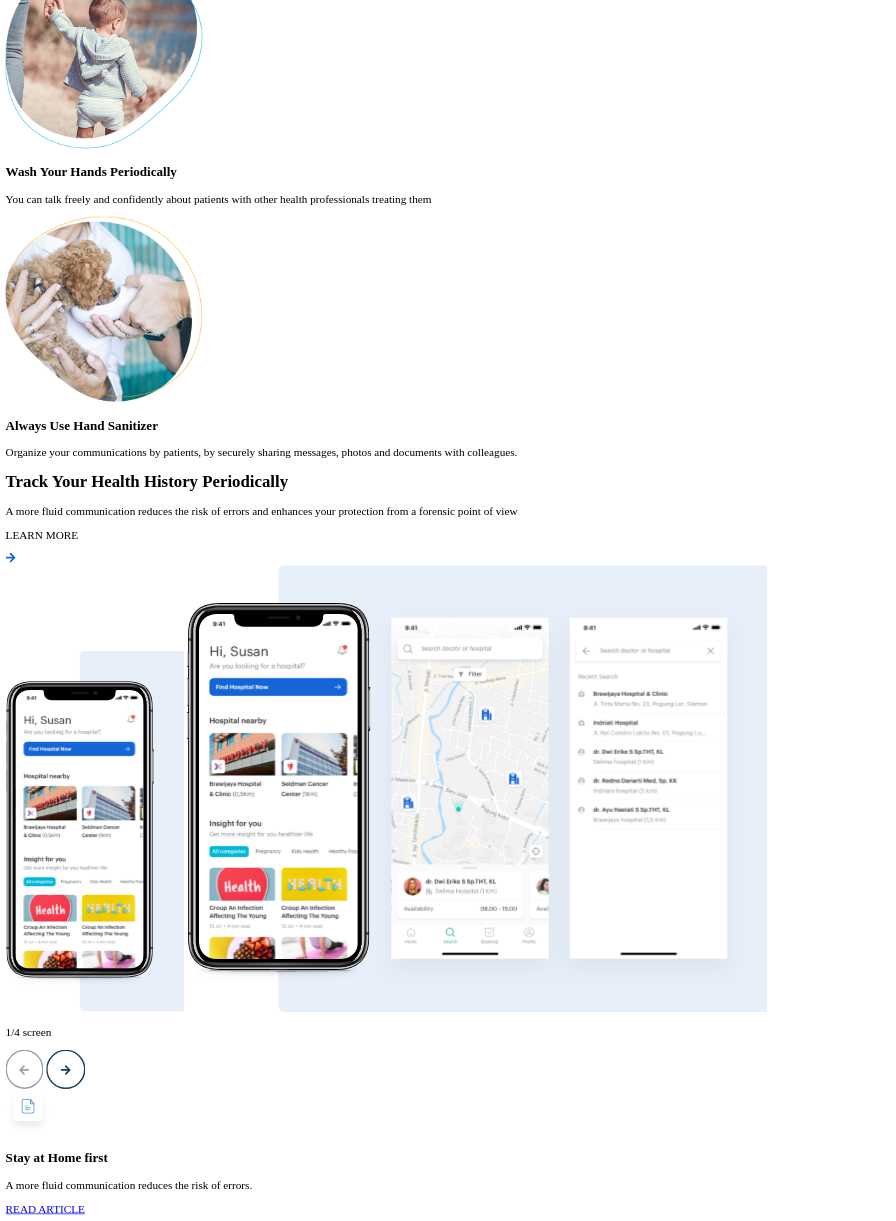
Repository: Esttevo/prova-html-css
Page: index.html
An editor plug-in stored every save of this project. The page is shown before and after the next save, followed by the edit.
The browser window is 1280 px wide. The pictures show the part of the page from y = 3012 to 4932 px (the page is 4756 px tall before and 4932 px after), at 70% of full size.
A picture or video elsewhere on the page could not be fetched, so the positions and the page height are approximate.

Above is the page before, as saved 2026-08-31 18:07:59.

### index.html
<!DOCTYPE html>
<html lang="en">
<head>
    <meta charset="UTF-8">
    <meta name="viewport" content="width=device-width, initial-scale=1.0">
    <title>Document</title>
</head>
<body>
    <header>
        <img id="header-logo" src="img/icons/Logo.svg" alt="Logo escrita EHYA">

        <nav id="header-nav">
            <a class="no-chevron" href="#">Home</a>
            <a class="with-chevron" href="#">
                Landings
                <img src="img/icons/icon-chevron-down.svg" alt="indica que possui uma lista ao clicar">
            </a>
            <a class="with-chevron" href="#">
                Pages
                <img src="img/icons/icon-chevron-down.svg" alt="indica que possui uma lista ao clicar">
            </a>
            <a href="#">Docs</a>
            <a href="#">Help</a>
            <button>Get it now</button>
        </nav>

        <img src="img/icons/icon-menu-hamburger.svg" alt="Menu hamburger">
    </header>

    <main>
        <section id="section-hero">
            <div id="hero-text">
                <div class="estilization-bar"></div>

                <h4>
                    Changing the way you
                    go to healthcare
                </h4>

                <h1>
                    Primary Care
                    Designed for
                    Real Life
                </h1>

                <p>
                 Discuss patients,
                 share notes and documents
                 in a secure manner and be part
                 of a network of health professionals ready to
                 collaborate better.
                </p>

                <div id="subscribe">
                    <p id="email">
                        name@youremail.com
                    </p>

                    <button>
                        Subscribe
                    </button>
                </div>
            </div>
            <img src="img/image-hero.png" alt="4 medicos sorrindo e uma medica sobrepondo os 4">
        </section>

        <section id="section-connect">
            <div id="connect-tittle-subtittle">
                <h2>
                    Connect easily. Collaborate efficiently.
                </h2>

                 <p>
                    Rather than do things the
                    ypical way, we’ve created
                    a membership-based primary
                    care practice truly designed
                    around your needs.
                </p>
            </div>

           <img src="img/Dashboard.svg" alt="dashboard de exemplo de um sistema de agendamento">

           <div id="first-card-advantages">
                <h2>01</h2>
                <h3>For Doctor</h3>
                <p>
                    You get an in-house
                    team to guide and advocate
                    for you through questions
                </p>
           </div>

           <div id="second-card-advantages">
                <h2>02</h2>
                <h3>For Patient</h3>
                <p>
                    You get an in-house
                    team to guide and advocate
                    for you through questions
                </p>
           </div>

           <div id="third-card-advantages">
                <h2>03</h2>
                <h3>For Clinician</h3>
                <p>
                    You get an in-house
                    team to guide and advocate
                    for you through questions
                </p>
           </div>
        </section>

        <section id="section-protect">
            <h2>
                Protect yourself and your family first.
            </h2>

            <div id="protect-content-tips">
                <div class="content-tips-card">
                    <img src="img/icons/icon-house.svg" alt="Casa">

                    <h3>
                        Stay at Home first
                    </h3>

                    <p>
                        Our technology makes
                        it practically impossible
                        for any patient data breach to occur
                    </p>
                </div>

                <div class="content-tips-card">
                    <img src="img/icons/icon-hand.svg" alt="Lavando a mao">

                    <h3>
                        Wash Your Hands Periodically
                    </h3>

                    <p>
                        You can talk freely and confidently
                        about patients with other health professionals
                         treating them
                    </p>
                </div>

                <div class="content-tips-card">
                    <img src="img/icons/icon-remedy.svg" alt="pilula de remedio">

                    <h3>
                        Consume more Vitamin C
                    </h3>

                    <p>
                        A more fluid communication reduces
                        the risk of errors and enhances your
                        protection from a forensic point of view
                    </p>
                </div>

                <div class="content-tips-card">
                    <img src="img/icons/icon-medicament.svg" alt="Caixa de remedio">

                    <h3>
                        Always Use Hand Sanitizer
                    </h3>

                    <p>
                        Organize your communications
                        by patients, by securely sharing
                        messages, photos and documents
                        with colleagues.
                    </p>
                </div>
            </div>
        </section>

        <section id="section-modern">
            <h2>
                Modern clinics.
                Smart, hassle
                -free care.
            </h2>

            <div id="first-and-second-content">
                <div class="modern-content-img-text">
                    <img src="img/image-medic.svg" alt="equipamentos de medico">
                    <h3>
                        Consume more Vitamin C
                    </h3>

                    <p>
                        A more fluid communication reduces
                        the risk of errors and enhances your
                        protection from a forensic point of view
                    </p>
                </div>

                <div class="modern-content-img-text">
                    <img src="img/image-kid.png" alt="Criança caminhando de mão dada">
                    <h3>
                        Wash Your Hands Periodically
                    </h3>

                    <p>
                        You can talk freely and confidently
                        about patients with other health professionals
                         treating them
                    </p>
                </div>
            </div>

            <div id="third-and-fourth-content">
                <div class="modern-content-img-text">
                    <img src="img/image-dog.png" alt="cachorro tomando agua no colo">
                    <h3>
                        Always Use Hand Sanitizer
                    </h3>

                    <p>
                        Organize your communications
                        by patients, by securely sharing
                        messages, photos and documents
                        with colleagues.
                    </p>
                </div>
            </div>
        </section>

        <section id="section-health">
            <div class="health-content-text">
                <div class="estilization-bar"></div>

                <h2>
                     Track Your Health
                     History Periodically
                </h2>

                <p>
                 A more fluid communication reduces
                 the risk of errors and enhances your
                 protection from a forensic
                 point of view
                </p>

                <div id="learn-more">
                     <p>LEARN MORE</p>
                     <img src="img/icons/icon-arrow-right.svg" alt="seta para a direita, clique para ler mais">
                </div>
            </div>

           <img id="image-mobile" src="img/image-health-mobile.svg" alt="iphone em um site de localização de hospitais com mapa e busca">
            <img id="image-desktop" src="img/image-health-desktop.svg" alt="iphone em um site de localização de hospitais com mapa e busca">
           <div id="count-pages">
                <p>1/4 screen</p>

                <div id="img-arrow">
                    <img src="img/icons/icon-button-left.svg" alt="botão para tela da esquerda">
                    <img src="img/icons/icon-button-right.svg" alt="botão para tela da direita">
                </div>
           </div>
        </section>

        <section id="section-resources">
            <article class="resources-card">
                <img src="img/icons/icon-docs.png" alt="simbolo de documento">

                <h3>Stay at Home first</h3>

                <p>
                    A more fluid communication
                    reduces the risk of errors.
                </p>

                <a href="#">
                    READ ARTICLE
                </a>
            </article>
        </section>
    </main>
</body>
</html>

After the next save:
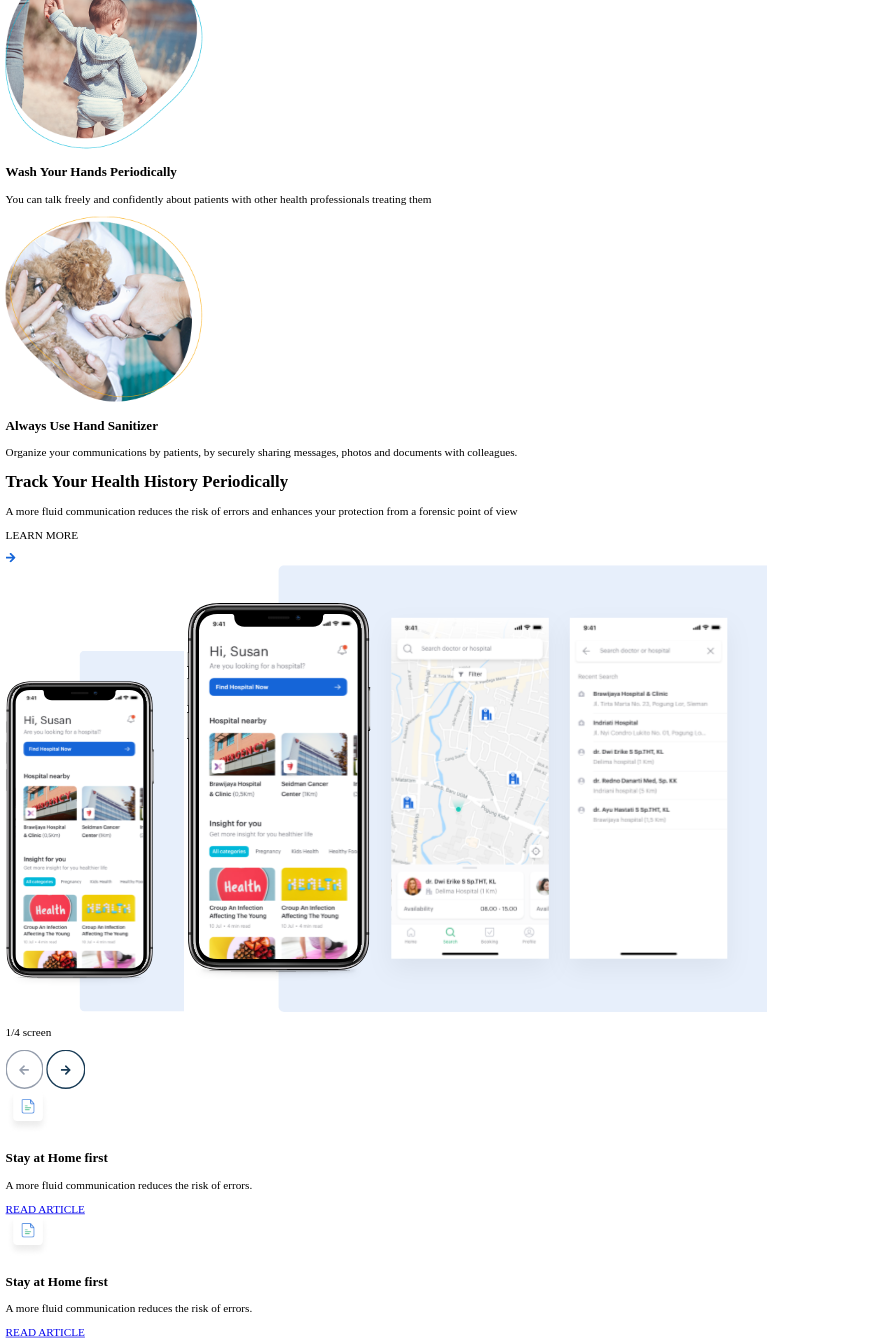
Saved 9 s later.
--- a/index.html
+++ b/index.html
@@ -278,6 +278,21 @@
                     READ ARTICLE
                 </a>
             </article>
+
+            <article class="resources-card">
+                <img src="img/icons/icon-docs.png" alt="simbolo de documento">
+
+                <h3>Stay at Home first</h3>
+
+                <p>
+                    A more fluid communication
+                    reduces the risk of errors.
+                </p>
+
+                <a href="#">
+                    READ ARTICLE
+                </a>
+            </article>
         </section>
     </main>
 </body>
